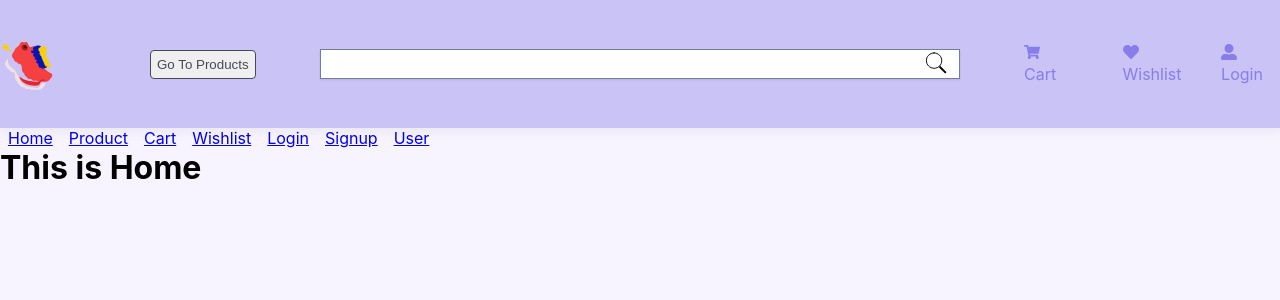
Repository: Irfan-vit/shoecase
Page: /
These files come from the project's save history. The page is drawn as it stood at one moment and after the next save; the edit follows.
The browser window is 1280 px wide. The pictures show the whole page.
The page's requests for data from a server got no answer. The project was rebuilt for these pictures with package versions that can differ from the ones it lists, and the page was loaded fresh each time. No one was signed in, and anything a server would have sent is missing. Also part of the build but not shown: src/pages/Product/ProductPage.jsx, src/pages/cart/CartPage.jsx, src/pages/wishlist/WishlistPage.jsx, src/pages/login/LoginPage.jsx, src/pages/signup/SignupPage.jsx, src/pages/user/StyledUser.jsx, src/components/forms/addAddress/AddAddress.jsx, src/components/forms/editAddress/EditAddress.jsx and 4 more.

Above is the page before, as saved 2023-05-22 04:33:29.

After the next save:
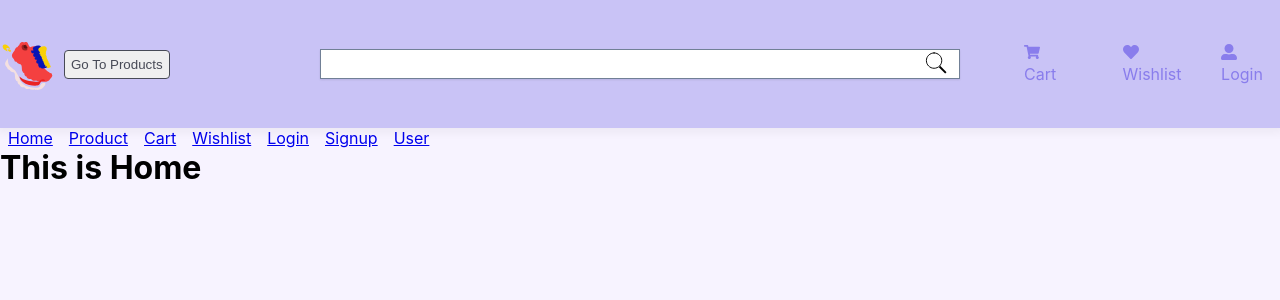
Saved 11 s later.
--- a/src/styles/NavBarStyles.jsx
+++ b/src/styles/NavBarStyles.jsx
@@ -23,7 +23,7 @@ const StyledNav = styled.nav`
       display: flex;
       align-items: center;
       flex-basis: 20%;
-      justify-content: space-between;
+      justify-content: space-;
     }
     > :nth-child(2) {
       flex-basis: 50%;
